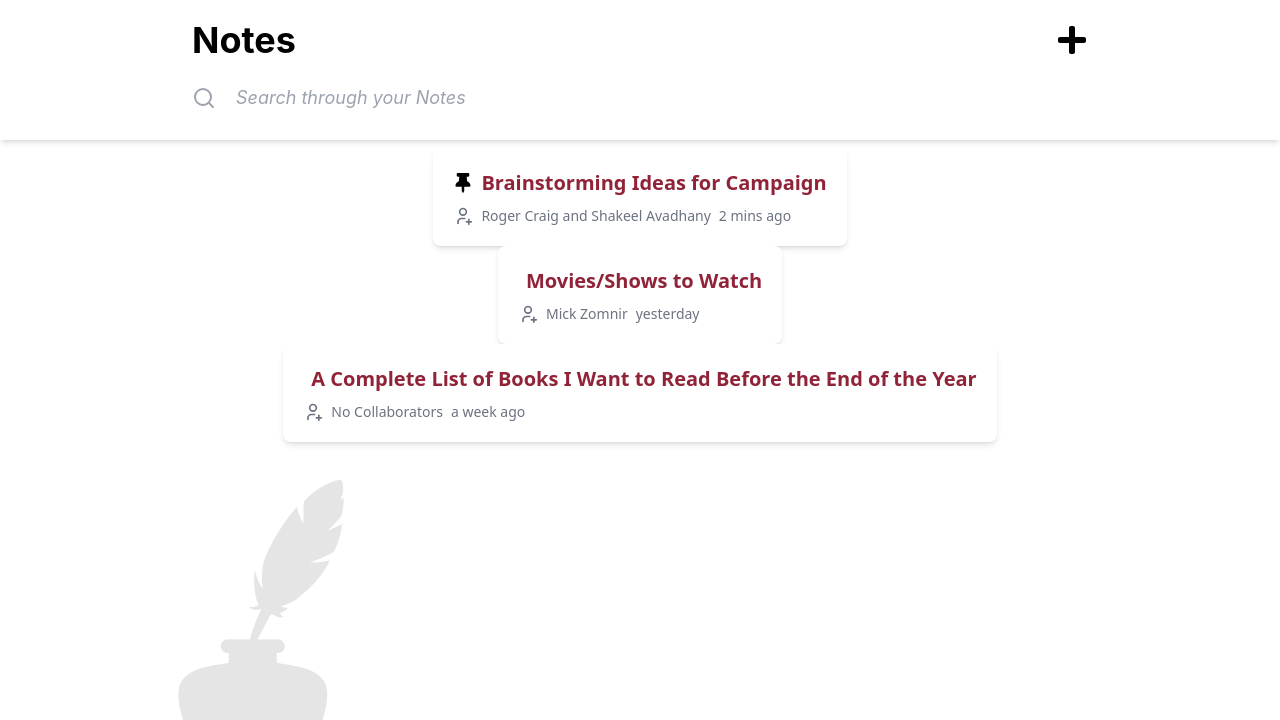
Repository: shabiasaeed/Notes-app
Page: /
An editor plug-in stored every save of this project. The page is shown before and after the next save, followed by the edit.
The browser window is 1280 px wide. The pictures show the whole page.
The project was rebuilt for these pictures with package versions that can differ from the ones it lists, and the page was loaded fresh each time. Also part of the build but not shown: src/components/Header.css, src/components/Note.css, src/App.css.

Above is the page before, as saved 2025-01-01 18:37:48.

After the next save:
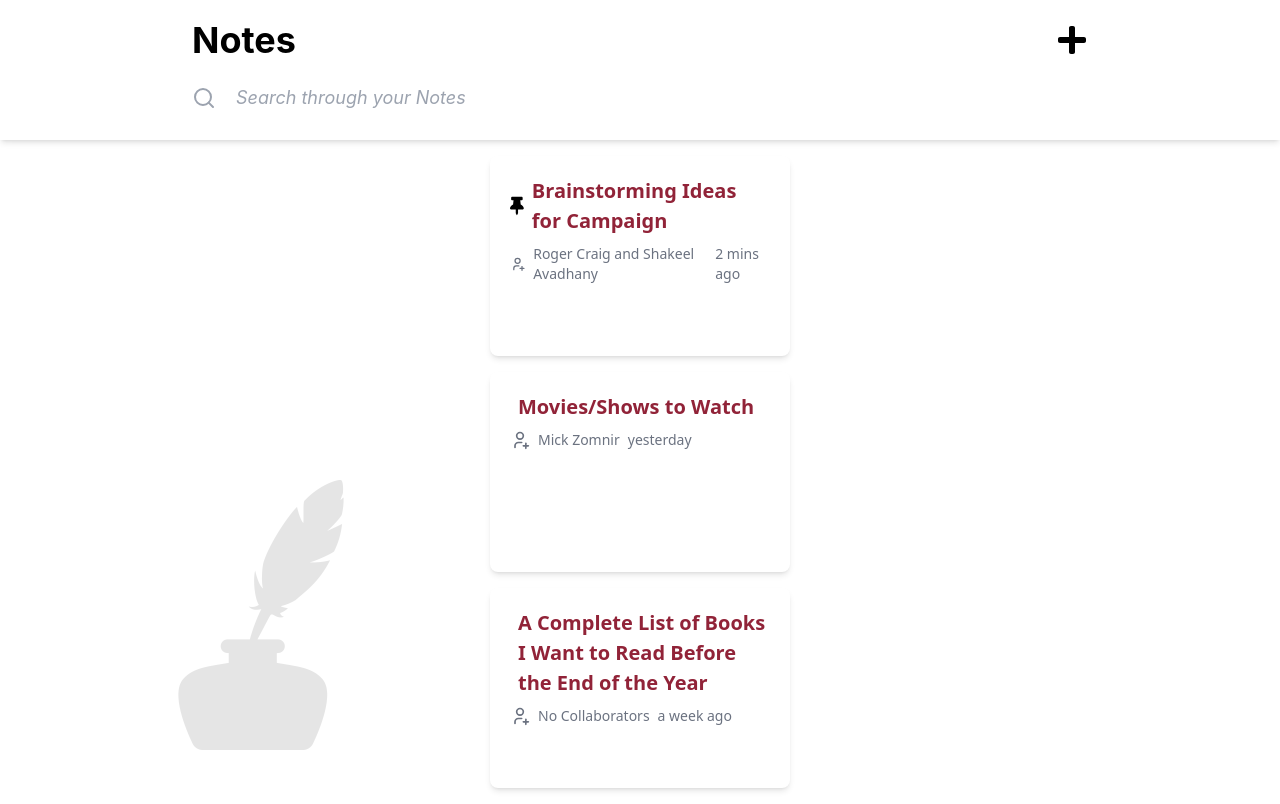
Saved 4 min 20 s later.
--- a/src/components/Note.js
+++ b/src/components/Note.js
@@ -12,7 +12,7 @@ const Note = ({ title, author, time, pinned, onDelete, onPinToggle }) => {
 
 
   return (
-    <div className="p-5 rounded-lg bg-white shadow-md hover:shadow-lg flex flex-col gap-2 cursor-pointer" onMouseEnter={() => setIsHovered(true)} onMouseLeave={() => setIsHovered(false)}>
+    <div className="p-5 rounded-lg bg-white shadow-md hover:shadow-lg flex flex-col gap-2 cursor-pointer w-full max-w-[300px] h-[200px] mx-2 my-2" onMouseEnter={() => setIsHovered(true)} onMouseLeave={() => setIsHovered(false)}>
       <div className={`flex justify-between items-center ${pinned ? '' : 'text-gray-800'}`}>
       {pinned ? (<FaThumbtack className="w-5 h-5 cursor-pointer" onClick={() => onPinToggle(title)}/>) : (isHovered && (<TbPinned className="w-5 h-5 cursor-pointer" onClick={() => onPinToggle(title)}/>))}
         <h2 className="ml-2 font-bold text-[20px] text-[#912338]">{title}</h2>
